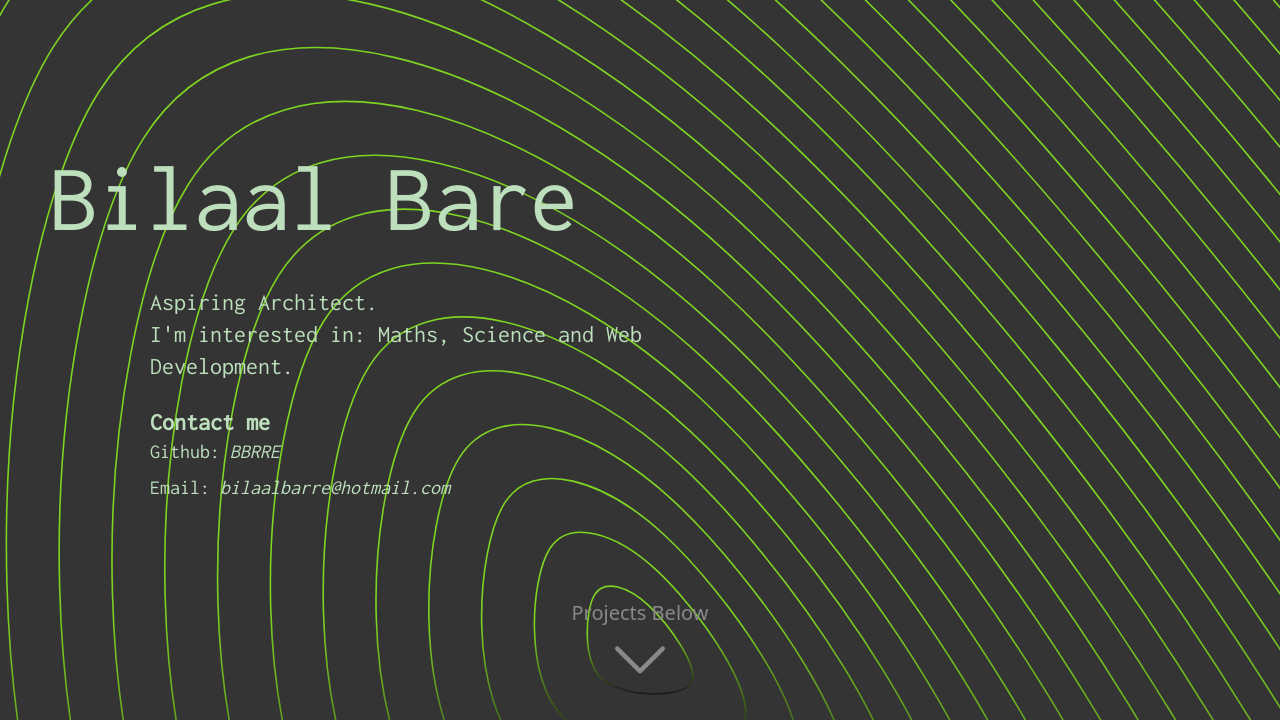
Repository: BBRRE/Portfolio-V2
Page: /
These files come from the project's save history. The page is drawn as it stood at one moment and after the next save; the edit follows.
The browser window is 1280 px wide. The pictures show the whole page.
Pictures or frames that could not be fetched are drawn as grey boxes. An inner scrolling area shows only its first screen. Some web fonts or font styles are not loaded; a fallback is used. The project was rebuilt for these pictures with package versions that can differ from the ones it lists, and the page was loaded fresh each time. Also part of the build but not shown: vite.config.js, src/Subjects/Archi.jsx, src/Subjects/CompSci.jsx, src/Subjects/EEng.jsx, src/Subjects/Other.jsx, src/ErrorBoundary.jsx.

Above is the page before, as saved 2024-11-29 09:44:02.

After the next save:
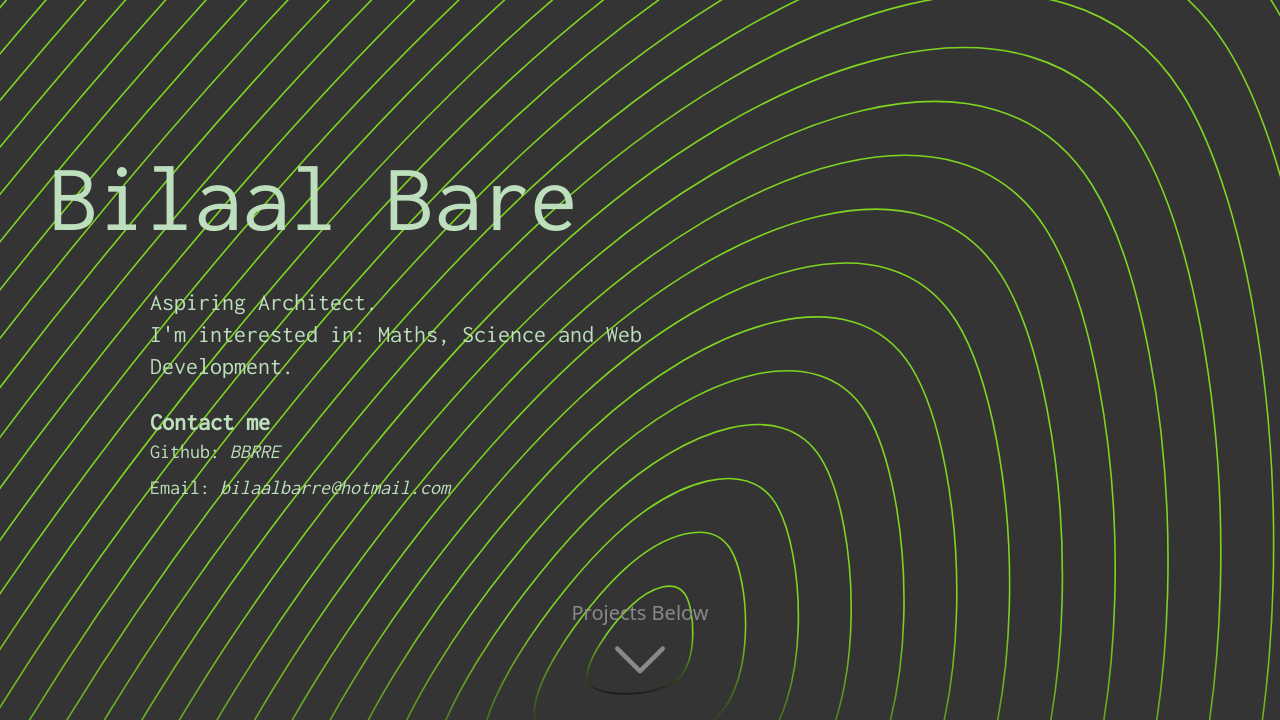
Saved 47 days later.
--- a/src/HomePage.jsx
+++ b/src/HomePage.jsx
@@ -11,7 +11,7 @@ export const HomePage = () => {
           <img
             src={wrd}
             alt="Background wave"
-            className='absolute scale-x-[-1]  md:right-0 top-0 w-full z- md:w-auto bg-[#343434]'
+            className='absolute md:right-0 top-0 w-full z- md:w-auto bg-[#343434]'
           />
 
           <div className='px-4 md:px-0 z-30'>
